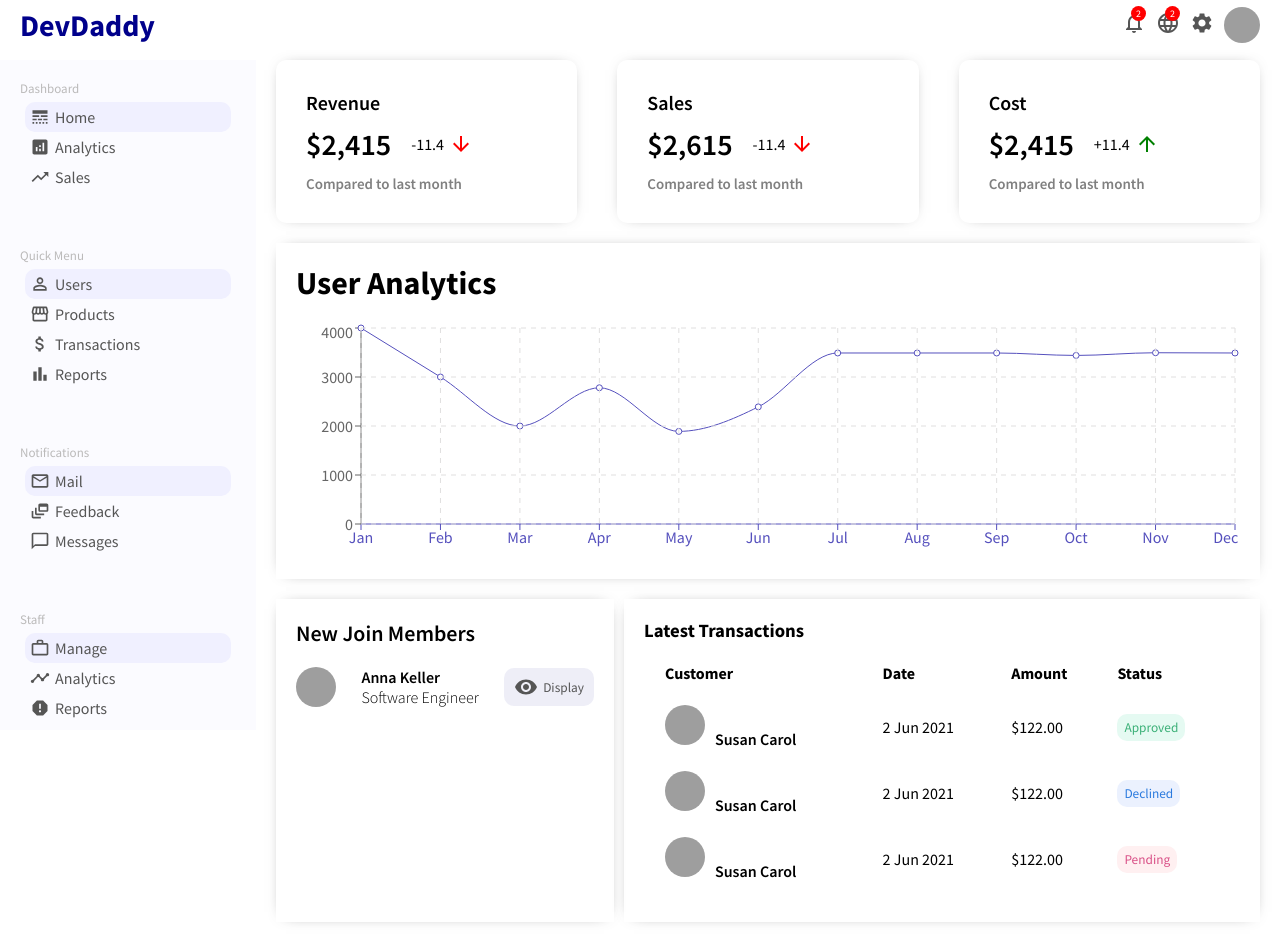
Repository: Marhamat92/react-admin-dashboard
Page: /user/1
The author's editor kept a copy of each file at every save. The page is drawn from the files as they stood at one save, then again after the next save.
The browser window is 1280 px wide. The pictures show the whole page.
Pictures or frames that could not be fetched are drawn as grey boxes. The project was rebuilt for these pictures with package versions that can differ from the ones it lists, and the page was loaded fresh each time.

Above is the page before, as saved 2023-02-09 19:53:57.

### public/index.html
<!DOCTYPE html>
<html lang="en">

<head>
  <meta charset="utf-8" />
  <link rel="icon" href="%PUBLIC_URL%/favicon.ico" />
  <meta name="viewport" content="width=device-width, initial-scale=1" />
  <meta name="theme-color" content="#000000" />
  <meta name="description" content="Web site created using create-react-app" />
  <link rel="apple-touch-icon" href="%PUBLIC_URL%/logo192.png" />
  <link rel="preconnect" href="https://fonts.googleapis.com">
  <link rel="preconnect" href="https://fonts.gstatic.com" crossorigin>
  <link href="https://fonts.googleapis.com/css2?family=Source+Sans+Pro:wght@200;300;400;600;700;900&display=swap"
    rel="stylesheet">
  <!--
      manifest.json provides metadata used when your web app is installed on a
      user's mobile device or desktop. See https://developers.google.com/web/fundamentals/web-app-manifest/
    -->
  <link rel="manifest" href="%PUBLIC_URL%/manifest.json" />
  <!--
      Notice the use of %PUBLIC_URL% in the tags above.
      It will be replaced with the URL of the `public` folder during the build.
      Only files inside the `public` folder can be referenced from the HTML.

      Unlike "/favicon.ico" or "favicon.ico", "%PUBLIC_URL%/favicon.ico" will
      work correctly both with client-side routing and a non-root public URL.
      Learn how to configure a non-root public URL by running `npm run build`.
    -->
  <style>
    * {
      font-family: 'Source Sans Pro', sans-serif;
      margin: 0;

    }
  </style>
  <title>DevDaddy Admin Dashboard</title>
</head>

<body>
  <noscript>You need to enable JavaScript to run this app.</noscript>
  <div id="root"></div>
  <!--
      This HTML file is a template.
      If you open it directly in the browser, you will see an empty page.

      You can add webfonts, meta tags, or analytics to this file.
      The build step will place the bundled scripts into the <body> tag.

      To begin the development, run `npm start` or `yarn start`.
      To create a production bundle, use `npm run build` or `yarn build`.
    -->
</body>

</html>

### src/App.js
import Topbar from "./components/Topbar/Topbar";
import Sidebar from "./components/sidebar/Sidebar";
import "./app.scss";
import Home from "./pages/home/Home";


function App() {
  return (
    <div>
      <Topbar />
      <div className="container">
        <Sidebar />
        <Home />

      </div>
    </div>
  );
}

export default App;

### src/components/Topbar/Topbar.jsx
import React from 'react'
import "./topbar.scss"
import { Language, NotificationsNone, Settings } from '@mui/icons-material'

function Topbar() {
  return (
    <div className="topbar" >
       <div className='topbarWrapper' >
          <div className='topLeft' >
            <span className='logo'>DevDaddy</span>
          </div>
          <div className='topRight' >
             <div className='topbarIconContainer' >
               <NotificationsNone/>
                <span className='topIconBadge'>2</span>
             </div>
             <div className='topbarIconContainer' >
               <Language/>
                <span className='topIconBadge'>2</span>
             </div>
             <div className='topbarIconContainer' >
               <Settings/>
             </div>
             <img className='topAvatar' src='https://i.pinimg.com/originals/99/ee/d8/99eed8642bbb66a71d0f1677d18a2587.jpg' alt="jack sheperd" />
          </div>
       </div>
    </div>
  )
}

export default Topbar

### src/components/sidebar/Sidebar.js
import React from 'react'
import './sidebar.scss'
import { Analytics, AttachMoney, ChatBubbleOutline, DynamicFeed, LineStyle, MailOutline, PermIdentity, Report, Storefront, Timeline, TrendingUp, WorkOutline, BarChart } from '@mui/icons-material'



function Sidebar() {
  return (
    <div className='sidebar'>
      <div className='sidebarWrapper'>
        <div className='sidebarMenu' >
          <div className='sidebarTitle'>
            Dashboard
          </div>
          <ul className='sidebarList'>
            <li className='sidebarListItem active'>
              <LineStyle className='sidebarIcon' />
              Home
            </li>
            <li className='sidebarListItem'>
              <Analytics className='sidebarIcon' />
              Analytics
            </li>
            <li className='sidebarListItem'>
              <TrendingUp className='sidebarIcon' />
              Sales
            </li>
          </ul>
        </div>
      </div>

      <div className='sidebarWrapper'>
        <div className='sidebarMenu' >
          <div className='sidebarTitle'>
            Quick Menu
          </div>
          <ul className='sidebarList'>
            <li className='sidebarListItem active'>
              <PermIdentity className='sidebarIcon' />
              Users
            </li>
            <li className='sidebarListItem'>
              <Storefront className='sidebarIcon' />
              Products
            </li>
            <li className='sidebarListItem'>
              <AttachMoney className='sidebarIcon' />
              Transactions
            </li>
            <li className='sidebarListItem'>
              <BarChart className='sidebarIcon' />
              Reports
            </li>
          </ul>
        </div>
      </div>

      <div className='sidebarWrapper'>
        <div className='sidebarMenu' >
          <div className='sidebarTitle'>
            Notifications
          </div>
          <ul className='sidebarList'>
            <li className='sidebarListItem active'>
              <MailOutline className="sidebarIcon" />
              Mail
            </li>
            <li className='sidebarListItem'>
              <DynamicFeed className="sidebarIcon" />
              Feedback
            </li>
            <li className='sidebarListItem'>
              <ChatBubbleOutline className="sidebarIcon" />
              Messages
            </li>
          </ul>
        </div>
      </div>

      <div className='sidebarWrapper'>
        <div className='sidebarMenu' >
          <div className='sidebarTitle'>
            Staff
          </div>
          <ul className='sidebarList'>
            <li className='sidebarListItem active'>
              <WorkOutline className="sidebarIcon" />
              Manage
            </li>
            <li className='sidebarListItem'>
              <Timeline className="sidebarIcon" />
              Analytics
            </li>
            <li className='sidebarListItem'>
              <Report className="sidebarIcon" />
              Reports
            </li>
          </ul>
        </div>
      </div>
    </div>
  )
}

export default Sidebar

### src/app.scss
.container {
  display:flex;
  margin-top: 10px;
}

### src/pages/home/Home.js
import React from 'react'
import './home.scss'
import FeaturedInfo from '../../components/featuredInfo/FeaturedInfo'
import Chart from '../../components/chart/Chart'
import { userData } from '../../data/userData'
import WidgetSm from '../../components/widgetSm/WidgetSm'
import WidgetLg from '../../components/widgetLg/WidgetLg'

function Home() {
  return (
    <div className='home' >
      <FeaturedInfo />
      <Chart title="User Analytics" data={userData} dataKey="Active User" grid />
      <div className='homeWidgets' >
        <WidgetSm />
        <WidgetLg />
      </div>
    </div>
  )
}

export default Home

### src/components/Topbar/topbar.scss
.topbar{
  width:100%;
  height: 50px;
  background-color: white;
  position: sticky;
  top:0;
  z-index: 999;
}

.topbarWrapper{
  height: 100%;
  padding: 0px 20px;
  display: flex;
  align-items: center;
  justify-content: space-between;
}

.logo{
  font-weight:bold;
  font-size: 30px;
  color:darkblue;
  cursor: pointer;
}

.topRight{
  display:flex;
  align-items: center;
}

.topbarIconContainer{
  position:relative;
  cursor: pointer;
  margin-right:10px;
  color:#555;
}

.topIconBadge{
  width: 15px;
  height: 15px;
  display: flex;
  align-items: center;
  justify-content: center;
  position:absolute;
  top:-5px;
  right:0px;
  background-color: red;
  color:white;
  border-radius: 50%;
  font-size: 10px;
}

.topAvatar{
  width: 36px;
  height: 36px;
  border-radius: 50%;
  object-fit: cover;
  cursor: pointer;
}

### src/components/sidebar/sidebar.scss
.sidebar{
  flex:1;
  height:calc(100vh - 50px);
  background-color: rgb(251,251,255);
  position: sticky;
  top: 50px;
  align-self: flex-start;

}

.sidebarWrapper{
  padding: 20px;
  color:#555;
}

.sidebarMenu{
  margin-bottom:10px;
}

.sidebarTitle{
  font-size: 13px;
  color:rgb(187,186,186);
}

.sidebarList{
  list-style: none;
  padding:5px;
}

.sidebarListItem{
  padding:5px;
  cursor:pointer;
  display:flex;
  align-items:center;
  border-radius: 10px;
}

.sidebarListItem.active,
.sidebarListItem:hover{
  background-color: rgb(240,240,255);
}

.sidebarIcon{
  margin-right: 5px;
  font-size: 20px !important;
}

### src/pages/home/home.scss
.home{
  flex:4;

}

.homeWidgets{
  display:flex;
  margin:20px;
}

### src/components/featuredInfo/FeaturedInfo.js
import React from 'react'
import './featuredInfo.scss'
import { ArrowDownward, ArrowUpward } from '@mui/icons-material'

function FeaturedInfo() {
  return (
    <div className='featured'>
      <div className='featuredItem'>
        <span className='featuredTitle'>Revenue</span>
        <div className='featuredMoneyContainer'>
          <span className='featuredMoney'>$2,415</span>
          <span className='featuredMoneyRate'>
            -11.4 <ArrowDownward className='featuredIcon negative' />
          </span>
        </div>
        <span className='featuredSub'>Compared to last month</span>
      </div>

      <div className='featuredItem'>
        <span className='featuredTitle'>Sales</span>
        <div className='featuredMoneyContainer'>
          <span className='featuredMoney'>$2,615</span>
          <span className='featuredMoneyRate'>
            -11.4 <ArrowDownward className='featuredIcon negative' />
          </span>
        </div>
        <span className='featuredSub'>Compared to last month</span>
      </div>

      <div className='featuredItem'>
        <span className='featuredTitle'>Cost</span>
        <div className='featuredMoneyContainer'>
          <span className='featuredMoney'>$2,415</span>
          <span className='featuredMoneyRate'>
            +11.4 <ArrowUpward className='featuredIcon positive' />
          </span>
        </div>
        <span className='featuredSub'>Compared to last month</span>
      </div>
    </div>
  )
}

export default FeaturedInfo

### src/components/chart/Chart.js
import React from 'react'
import './chart.scss'
import { LineChart, Line, XAxis, YAxis, CartesianGrid, Tooltip, Legend, ResponsiveContainer } from 'recharts';


function Chart({ title, data, dataKey, grid }) {




  return (
    <div className='chart'>
      <h1 className='chartTitle' >
        {title}
      </h1>
      <ResponsiveContainer width="100%" aspect={4 / 1} >
        <LineChart data={data}>
          <XAxis dataKey="name" stroke="#5550bd" />
          <YAxis />
          <Line type="monotone" dataKey={dataKey} stroke="#5550bd" />
          <Tooltip />
          {grid && <CartesianGrid stroke="#e0dfdf" strokeDasharray="5 5" />}
        </LineChart>
      </ResponsiveContainer>
    </div>
  )
}

export default Chart

### src/data/userData.js
export const userData = [
  {
    name: 'Jan',
    "Active User": 4000,

  },
  {
    name: 'Feb',
    "Active User": 3000,

  },
  {
    name: 'Mar',
    "Active User": 2000,

  },
  {
    name: 'Apr',
    "Active User": 2780,

  },
  {
    name: 'May',
    "Active User": 1890,

  },
  {
    name: 'Jun',
    "Active User": 2390,

  },
  {
    name: 'Jul',
    "Active User": 3490,

  },
  {
    name: 'Aug',
    "Active User": 3490,

  },
  {
    name: 'Sep',
    "Active User": 3490,

  },
  {
    name: 'Oct',
    "Active User": 3440,

  },
  {
    name: 'Nov',
    "Active User": 3495,

  },
  {
    name: 'Dec',
    "Active User": 3490,

  },
];

### src/components/widgetSm/WidgetSm.js
import React from 'react'
import './widgetSm.scss'
import { Visibility } from '@mui/icons-material'

function WidgetSm() {
  return (
    <div className='widgetSm' >
      <span className='widgetSmTitle' >
        New Join Members
      </span>
      <ul className='widgetSmList' >
        <li className='widgetSmListItem' >
          <img src='https://images.pexels.com/photos/414171/pexels-photo-414171.jpeg?auto=compress&cs=tinysrgb&dpr=2&h=650&w=940' alt='' className='widgetSmImg' />
          <div className='widgetSmUser' >
            <span className='widgetSmUsername' >Anna Keller</span>
            <span className='widgetSmUserTitle' >Software Engineer</span>
          </div>
          <button className='widgetSmButton' >
            <Visibility className='widgetSmallIcon' />
            Display
          </button>
        </li>
      </ul>
    </div>
  )
}

export default WidgetSm

### src/components/widgetLg/WidgetLg.js
import React from 'react'
import './widgetLg.scss'

function WidgetLg() {

  const Button = ({ type }) => {
    return <button className={'widgetLgButton ' + type}>{type}</button>
  }


  return (
    <div className='widgetLg'>
      <h3 className='widgetLgTitle' >
        Latest Transactions
      </h3>
      <table className='widgetLgTable'>
        <tr className='widgetLgTr'>
          <th className='widgetLgTh'>Customer</th>
          <th className='widgetLgTh'>Date</th>
          <th className='widgetLgTh'>Amount</th>
          <th className='widgetLgTh'>Status</th>
        </tr>
        <tr className='widgetLgTr'>
          <td className='widgetLgUser'>
            <img src='https://images.pexels.com/photos/414171/pexels-photo-414171.jpeg?auto=compress&cs=tinysrgb&dpr=2&h=650&w=940' alt='' className='widgetLgImg' />
            <span className='widgetLgName'>Susan Carol</span>
          </td>
          <td className='widgetLgDate'>2 Jun 2021</td>
          <td className='widgetLgAmount'>$122.00</td>
          <td className='widgetLgStatus'>
            <Button type='Approved' />
          </td>
        </tr>
        <tr className='widgetLgTr'>
          <td className='widgetLgUser'>
            <img src='https://images.pexels.com/photos/414171/pexels-photo-414171.jpeg?auto=compress&cs=tinysrgb&dpr=2&h=650&w=940' alt='' className='widgetLgImg' />
            <span className='widgetLgName'>Susan Carol</span>
          </td>
          <td className='widgetLgDate'>2 Jun 2021</td>
          <td className='widgetLgAmount'>$122.00</td>
          <td className='widgetLgStatus'>
            <Button type='Declined' />
          </td>
        </tr>
        <tr className='widgetLgTr'>
          <td className='widgetLgUser'>
            <img src='https://images.pexels.com/photos/414171/pexels-photo-414171.jpeg?auto=compress&cs=tinysrgb&dpr=2&h=650&w=940' alt='' className='widgetLgImg' />
            <span className='widgetLgName'>Susan Carol</span>
          </td>
          <td className='widgetLgDate'>2 Jun 2021</td>
          <td className='widgetLgAmount'>$122.00</td>
          <td className='widgetLgStatus'>
            <Button type='Pending' />
          </td>
        </tr>
      </table>
    </div>
  )
}

export default WidgetLg

### src/components/featuredInfo/featuredInfo.scss
.featured{
  width:100%;
  display:flex;
  justify-content:space-between;
}

.featuredItem{
  flex:1;
  margin:0 20px;
  padding:30px;
  border-radius:10px;
  cursor:pointer;
  -webkit-box-shadow: 0px 0px 15px -10px rgba(0, 0, 0, 0.75);
  box-shadow: 0px 0px 15px -10px rgba(0, 0, 0, 0.75);
}

.featuredTitle{
  font-size:20px;
  font-weight:600;
  margin-bottom:10px;
}

.featuredMoneyContainer{
  display:flex;
  align-items:center;
  margin:10px 0;
}

.featuredMoney{
  font-size:30px;
  font-weight:600;

}

.featuredMoneyRate{
  display: flex;
  align-items: center;
  margin-left: 20px;
}

.featuredIcon{
  font-size:14px;
  margin-left:5px;
  color:green
}

.featuredIcon.negative{
  color:red;
}

.featuredSub{
  font-size:15px;
  font-weight:600;
  color:gray;
}

### src/components/chart/chart.scss
.chart{
  margin: 20px;
  padding: 20px;
  -webkit-box-shadow: 0px 0px 15px -10px rgba(0, 0, 0, 0.75);
  box-shadow: 0px 0px 15px -10px rgba(0, 0, 0, 0.75);
}

.chartTitle{
  margin-bottom: 20px;
}

### src/components/widgetSm/widgetSm.scss
.widgetSm{
  flex:1;
  -webkit-box-shadow: 0px 0px 15px -10px rgba(0, 0, 0, 0.75);
  box-shadow: 0px 0px 15px -10px rgba(0, 0, 0, 0.75);
  padding:20px;
  margin-right: 10px;
}

.widgetSmTitle{
  font-size:22px;
  font-weight: 600;
}

.widgetSmImg{
  width:40px;
  height:40px;
  border-radius: 50%;
  object-fit: cover;
}

.widgetSmList{
  margin: 0;
  padding:0;
  list-style: none;}


.widgetSmListItem{
  display: flex;
  align-items: center;
  justify-content: space-between;
  margin: 20px 0px;
}

.widgetSmUser{
  display:flex;
  flex-direction: column;
}

.widgetSmUsername{
  font-weight: 600;
}

.widgetSmUserTitle{
  font-weight:300;
}

.widgetSmButton{
  display: flex;
  align-items: center;
  border:none;
  border-radius: 10px;
  padding:7px 10px;
  background-color: #eeeef7;
  color:#555;
  cursor: pointer;
}

.widgetSmallIcon{
  font-size: 16px;
  margin-right: 5px;
}

### src/components/widgetLg/widgetLg.scss
.widgetLg{
  flex:2;
  -webkit-box-shadow: 0px 0px 15px -10px rgba(0, 0, 0, 0.75);
  box-shadow: 0px 0px 15px -10px rgba(0, 0, 0, 0.75);
  padding:20px;
}

.widgetLgImg{
  width:40px;
  height:40px;
  border-radius:50%;
  object-fit:cover;
  margin-right: 10px;
}

.widgetLgButton{
  padding:5px 7px;
  border:none;
  border-radius:10px;
}

.widgetLgButton.Approved{
  background-color:#e5faf2;
  color: #3bb077;

}

.widgetLgButton.Pending{
  background-color:#fff0f1;
  color: #d95087
}

.widgetLgButton.Declined{
  background-color:#ebf1fe;
  color: #2a7ade
}

.widgetLgTable{
  width:100%;
  border-spacing:20px;
}

.widgetLgTh{
  text-align: left;

}

.widgetLgUser{
  display:center;
  align-items:center;
  font-weight: 600;
}

Loaded but not shown: src/index.js (common file)

After the next save:
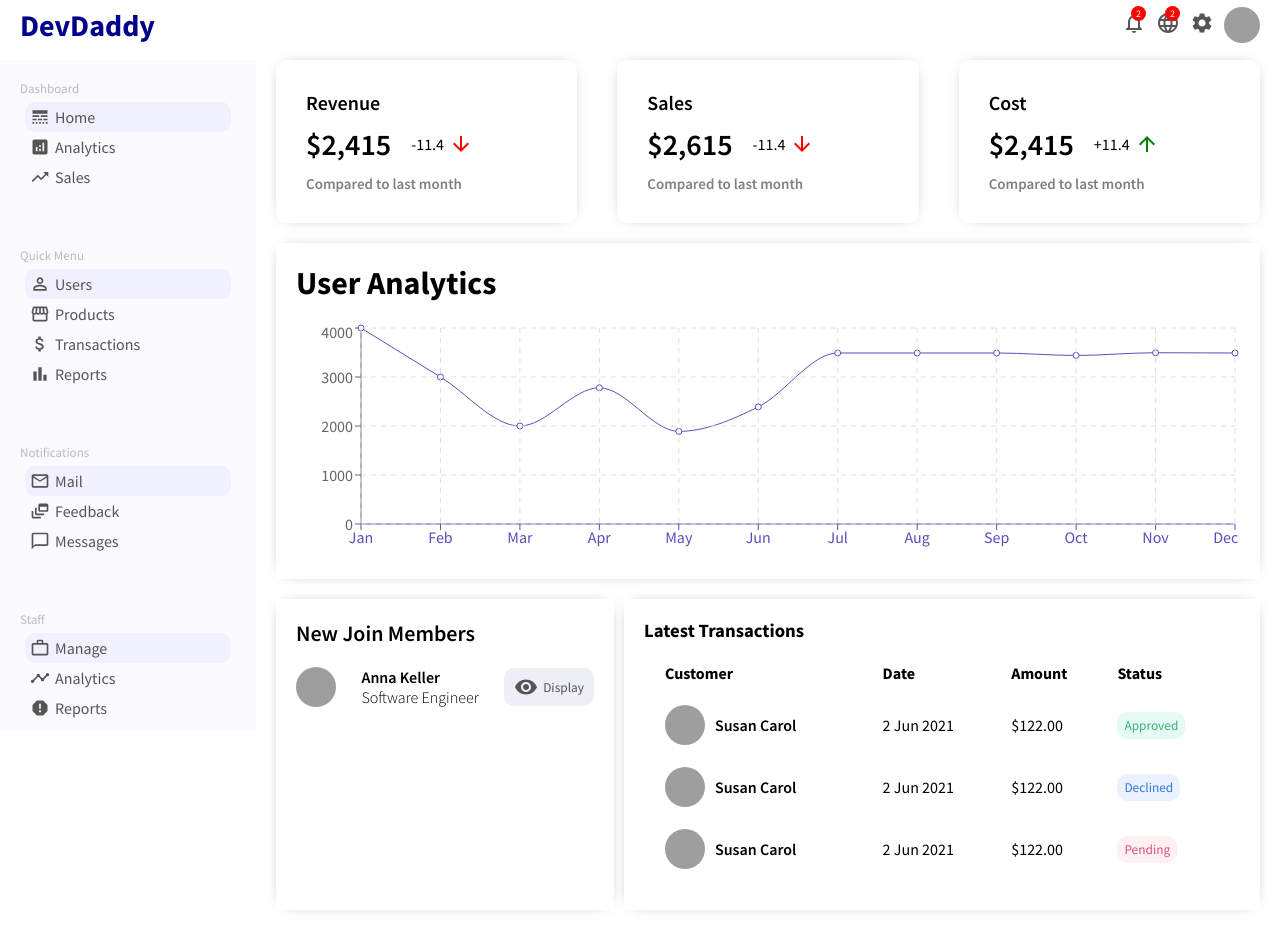
Saved 41 s later.
--- a/src/components/widgetLg/widgetLg.scss
+++ b/src/components/widgetLg/widgetLg.scss
@@ -46,7 +46,7 @@
 }
 
 .widgetLgUser{
-  display:center;
+  display:flex;
   align-items:center;
   font-weight: 600;
 }
